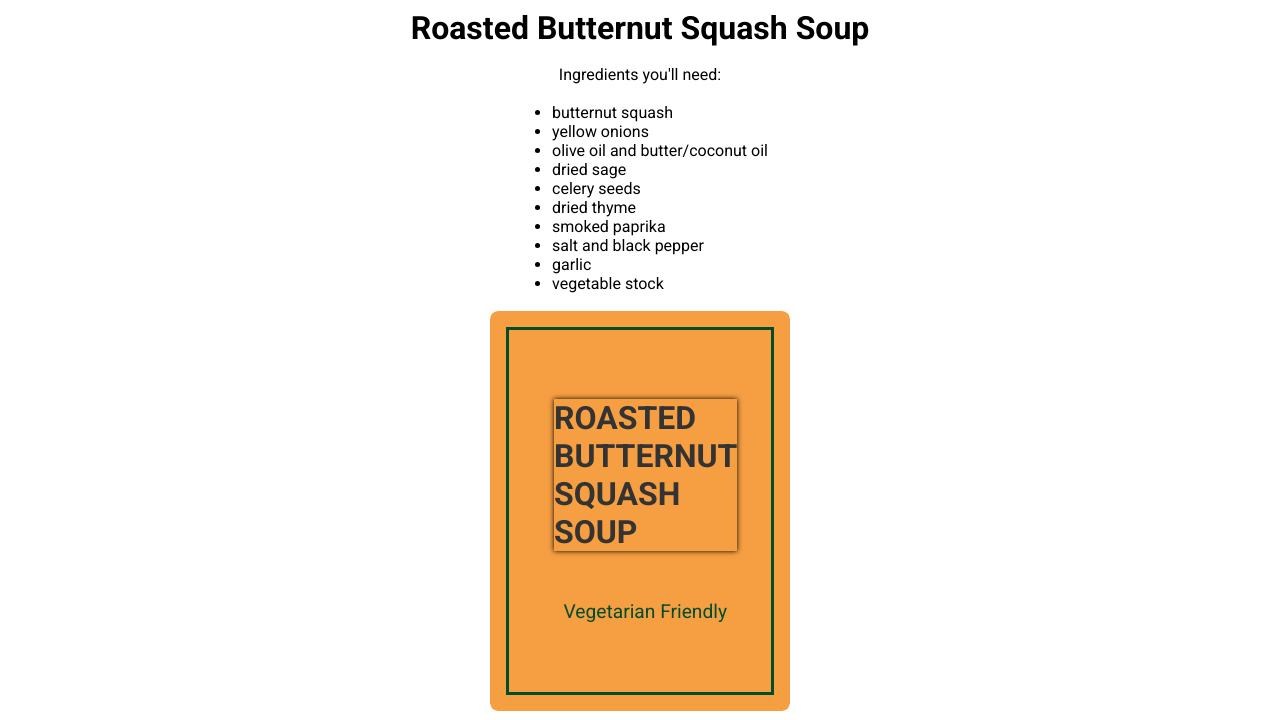
Repository: IDMX225/css-card-flip-LyssaMA
Page: src/index.html
These files come from the project's save history. The page is drawn as it stood at one moment and after the next save; the edit follows.
The browser window is 1280 px wide. The pictures show the whole page.
The style sheet was rebuilt from its Sass, Less or Tailwind sources for each picture, by a compiler version that may differ from the author's.

Above is the page before, as saved 2024-11-12 19:49:31.
Not found: src/js/index.js

### src/index.html
<!DOCTYPE html>
<html lang="en">

<head>
  <meta charset="UTF-8">
  <meta name="viewport" content="width=device-width, initial-scale=1.0">
  <meta name="description" content="A modern CSS page">
  <meta name="generator" content="Eleventy v1.2">
  <title>Recipe</title>
  <link rel="shortcut icon" href="images/squash.png" type="image/png">
  <link rel="stylesheet" href="css/main.css">
</head>

<body>
  <h1>Roasted Butternut Squash Soup</h1>
  <p>Ingredients you'll need:</p>
  <!-- Unordered List for Ingredients -->
  <ul>
    <li>butternut squash</li>
    <li>yellow onions</li>
    <li>olive oil and butter/coconut oil</li>
    <li>dried sage</li>
    <li>celery seeds</li>
    <li>dried thyme</li>
    <li>smoked paprika</li>
    <li>salt and black pepper</li>
    <li>garlic</li>
    <li>vegetable stock</li>
  </ul>

  <div class="card">
    <div class="card__content">
      <div class="card__front">
        <h3 class="card__title">Roasted Butternut Squash Soup</h3>
        <p class="card__subtitle">Vegetarian Friendly</p>
      </div>

      <div class="card__back">
        <p class="card__body">To roast the squash, simply place the seasoned squash onto two large baking sheets lined
          with aluminum foil for easy cleanup. Roast in the oven for 45 minutes at 400°F.
          There's no need to flip over the squash halfway through roasting. Just let it go for 45 minutes and that's it!
          Enjoy!</p>
      </div>
    </div>
  </div>

  <script src="js/index.js"></script>
</body>

</html>

### src/sass/main.scss
/* Import Google Fonts */
@import url('https://fonts.googleapis.com/css2?family=Roboto:wght@400;700&display=swap');

:root {
  --level-three: translateZ(9rem);
  --fw-normal: 400;
  --fw-bold: 700;
  --clr: #f59e42;
  --clr-dark: #331710;
  --font-family: 'Roboto', sans-serif;
}

*,
*::before,
*::after {
  box-sizing: border-box;
  margin: 0;
}

body {
  font-family: var(--font-family);
  height: 100vh;
  display: grid;
  place-items: center;
}

.card {
  width: 300px;
  height: 400px;
  perspective: 1000px;
  border-radius: 8px;
  overflow: hidden;
}

.card__content {
  position: relative;
  width: 100%;
  height: 100%;
  transform-style: preserve-3d;
  transition: transform 0.6s;
}

.card:hover .card__content {
  transform: rotateY(180deg);
}

.card__front,
.card__back {
  position: absolute;
  top: 0;
  left: 0;
  right: 0;
  bottom: 0;
  backface-visibility: hidden;
  display: grid;
  justify-items: center;
  align-items: center;
  border-radius: 8px;
}

.card__front {
  background-color: var(--clr);
  color: #034d28;
  padding: 4em;
}

.card__front::before {
  content: '';
  position: absolute;
  top: 1em;
  bottom: 1em;
  left: 1em;
  right: 1em;
  border: 3px solid currentColor;
}

.card__title {
  font-family: var(--font-family);
  font-size: 2rem;
  font-weight: var(--fw-bold);
  text-transform: uppercase;
  color: #333;
  box-shadow: 0 0 5px black;
}

.card__subtitle {
  font-family: var(--font-family);
  font-size: 1.2rem;
  font-weight: var(--fw-normal);
}

.card__back {
  background: var(--clr-dark);
  color: #f7d07d;
  transform: rotateY(180deg);
}

.card__body {
  font-family: var(--font-family);
  font-size: 1rem;
  line-height: 1.5;
  padding: 1em;
  text-align: center;
}

After the next save:
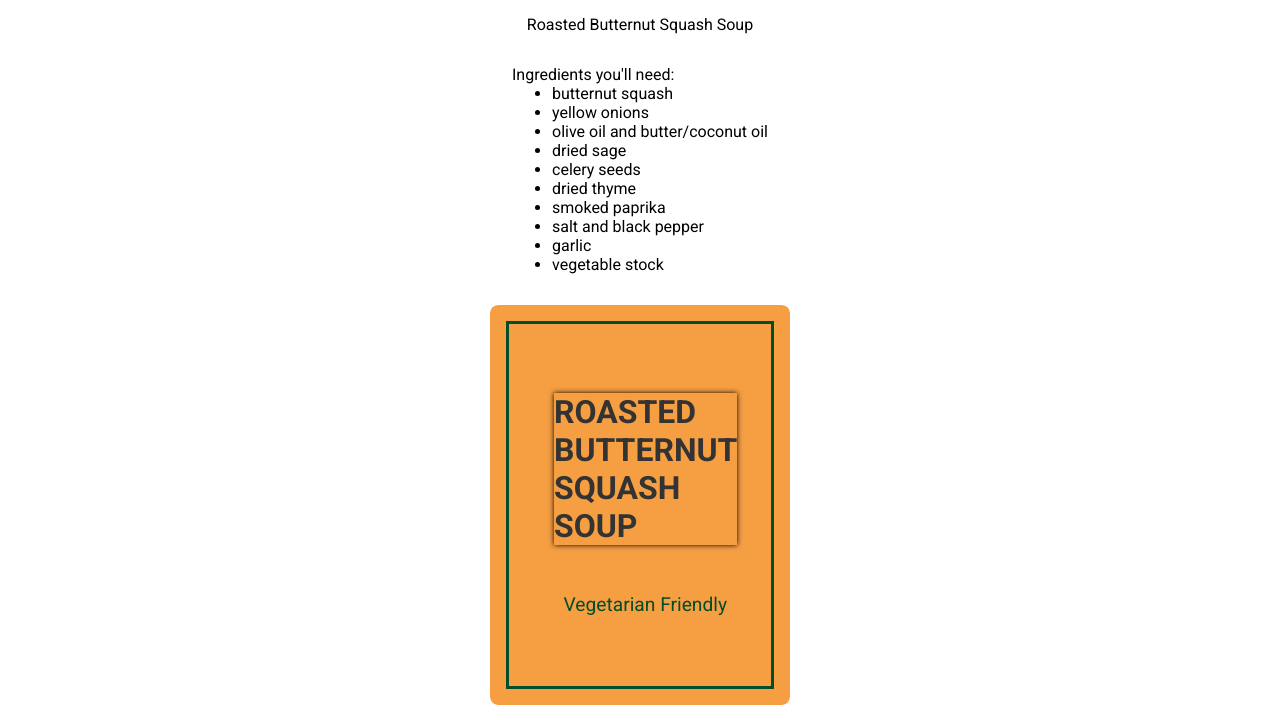
Saved 11 min 35 s later.
--- a/src/index.html
+++ b/src/index.html
@@ -12,22 +12,27 @@
 </head>
 
 <body>
-  <h1>Roasted Butternut Squash Soup</h1>
-  <p>Ingredients you'll need:</p>
-  <!-- Unordered List for Ingredients -->
-  <ul>
-    <li>butternut squash</li>
-    <li>yellow onions</li>
-    <li>olive oil and butter/coconut oil</li>
-    <li>dried sage</li>
-    <li>celery seeds</li>
-    <li>dried thyme</li>
-    <li>smoked paprika</li>
-    <li>salt and black pepper</li>
-    <li>garlic</li>
-    <li>vegetable stock</li>
-  </ul>
+  <!-- Title above the card -->
+  <div class="title-above-card">Roasted Butternut Squash Soup</div>
 
+  <!-- Ingredients Section -->
+  <div class="ingredients">
+    <div class="ingredients-heading">Ingredients you'll need:</div>
+    <ul class="ingredients-list">
+      <li>butternut squash</li>
+      <li>yellow onions</li>
+      <li>olive oil and butter/coconut oil</li>
+      <li>dried sage</li>
+      <li>celery seeds</li>
+      <li>dried thyme</li>
+      <li>smoked paprika</li>
+      <li>salt and black pepper</li>
+      <li>garlic</li>
+      <li>vegetable stock</li>
+    </ul>
+  </div>
+
+  <!-- The Card with the Recipe Title inside -->
   <div class="card">
     <div class="card__content">
       <div class="card__front">
